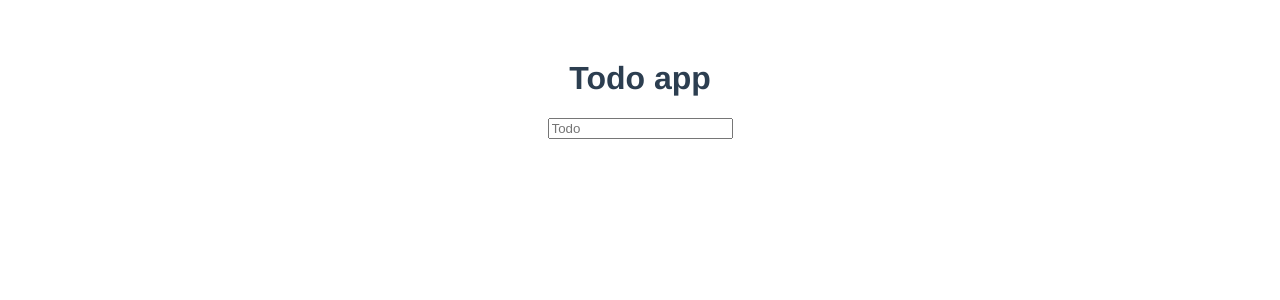
Repository: fgitpush/todoVue
Page: /
These files come from the project's save history. The page is drawn as it stood at one moment and after the next save; the edit follows.
The browser window is 1280 px wide. The pictures show the whole page.
The project was rebuilt for these pictures with package versions that can differ from the ones it lists, and the page was loaded fresh each time.

Above is the page before, as saved 2019-12-25 00:23:38.

After the next save:
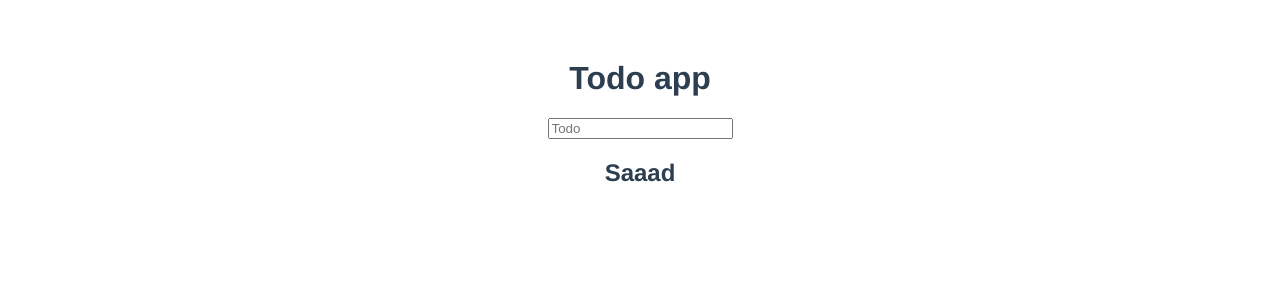
Saved 47 s later.
--- a/src/components/HelloWorld.vue
+++ b/src/components/HelloWorld.vue
@@ -9,8 +9,10 @@
 <script>
 export default {
   name: 'HelloWorld',
-  data:{
-     item: 'Saaad'
+  data: function () {
+    return {
+      item: 'Saaad'
+    }
   },
   props: {
     msg: String,
